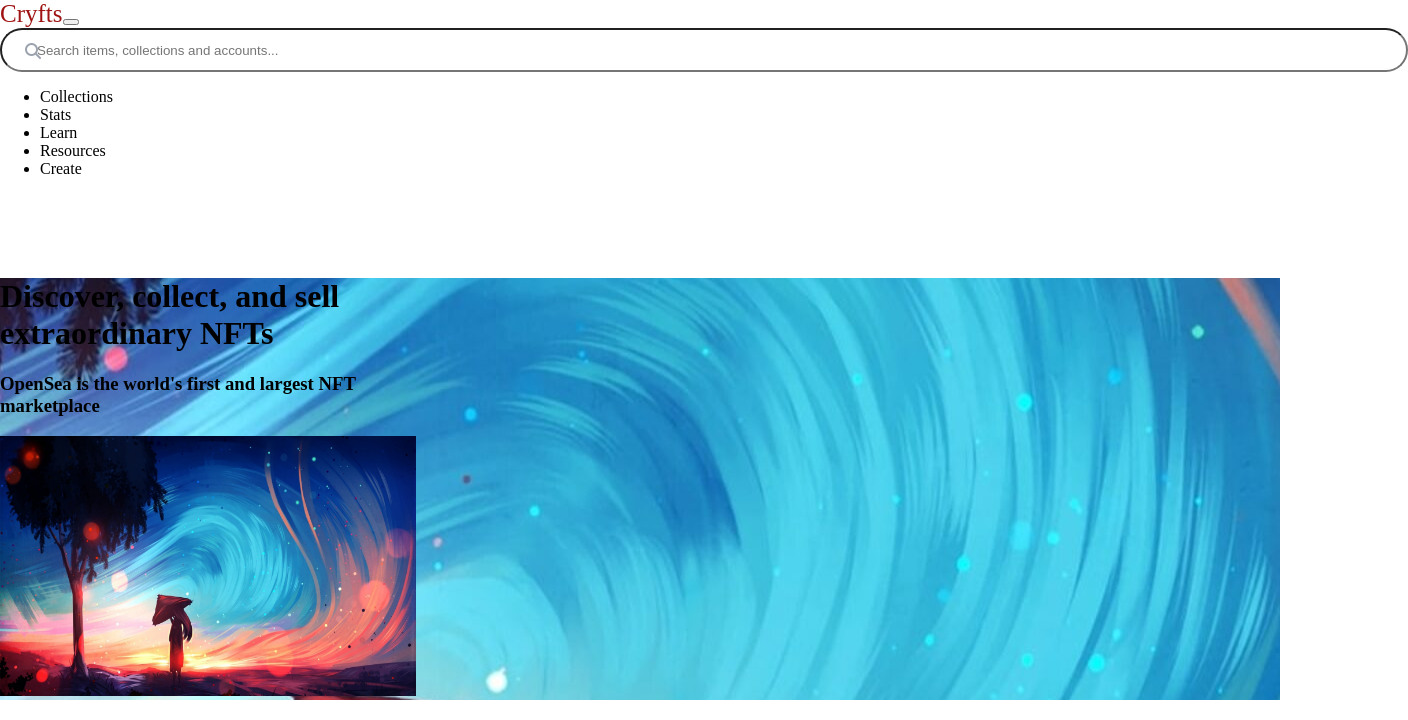
Repository: Huzaifa-2609/opensea_project
Page: /
These files come from the project's save history. The page is drawn as it stood at one moment and after the next save; the edit follows.
The browser window is 1280 px wide. The page is 1408 px wide, so the pictures cover 1408 px, including what lies to the right of the window. The pictures show the whole page.
Some web libraries are served in a nearby version. The project was rebuilt for these pictures with package versions that can differ from the ones it lists, and the page was loaded fresh each time. The framework's server and built-in components were replaced by stand-ins that run in the browser. Also part of the build but not shown: next.config.js, styles/Home.module.css.

Above is the page before, as saved 2022-07-09 18:03:18.

After the next save:
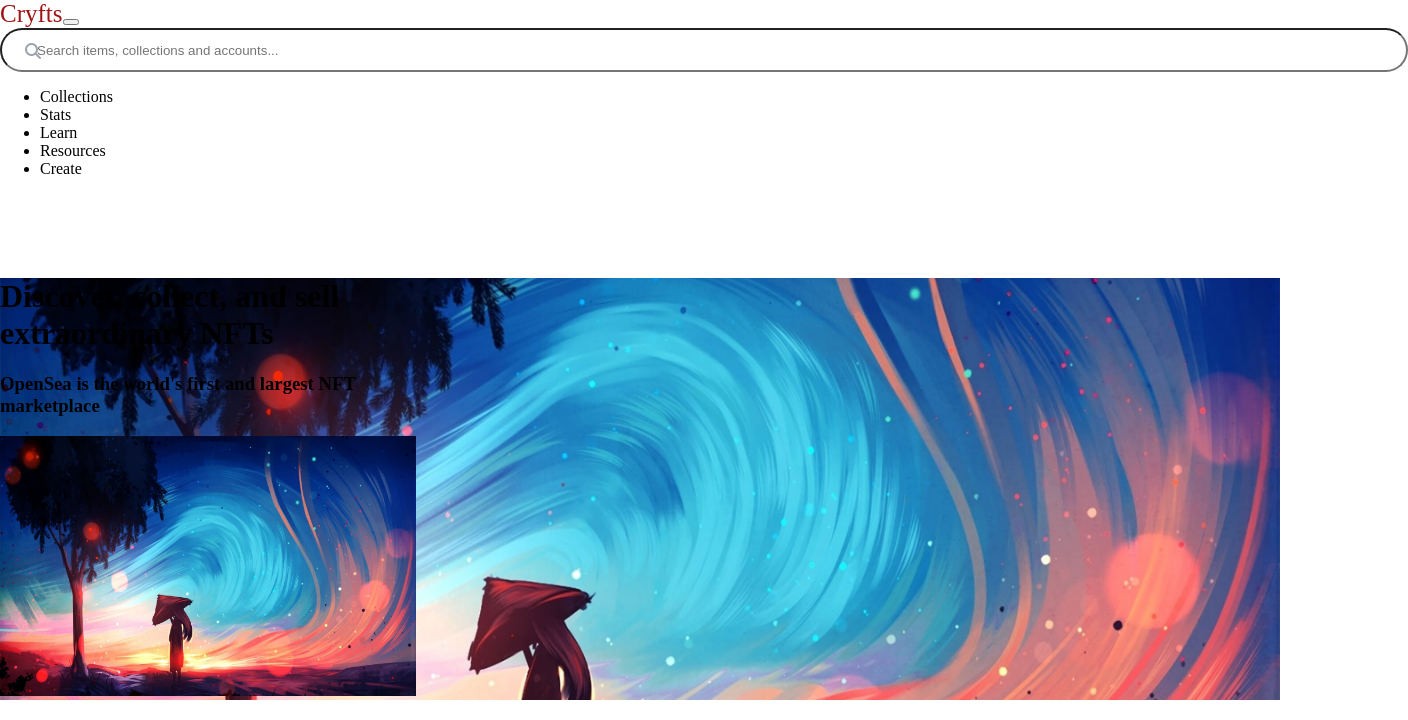
Saved 19 s later.
--- a/styles/hero.css
+++ b/styles/hero.css
@@ -1,5 +1,5 @@
 /* .body{
 } */
 .bg{
-    background: url("../public/nftbg.jpg") center center;
+    background: url("../public/nftbg.jpg") no-repeat center center/cover;
 }
